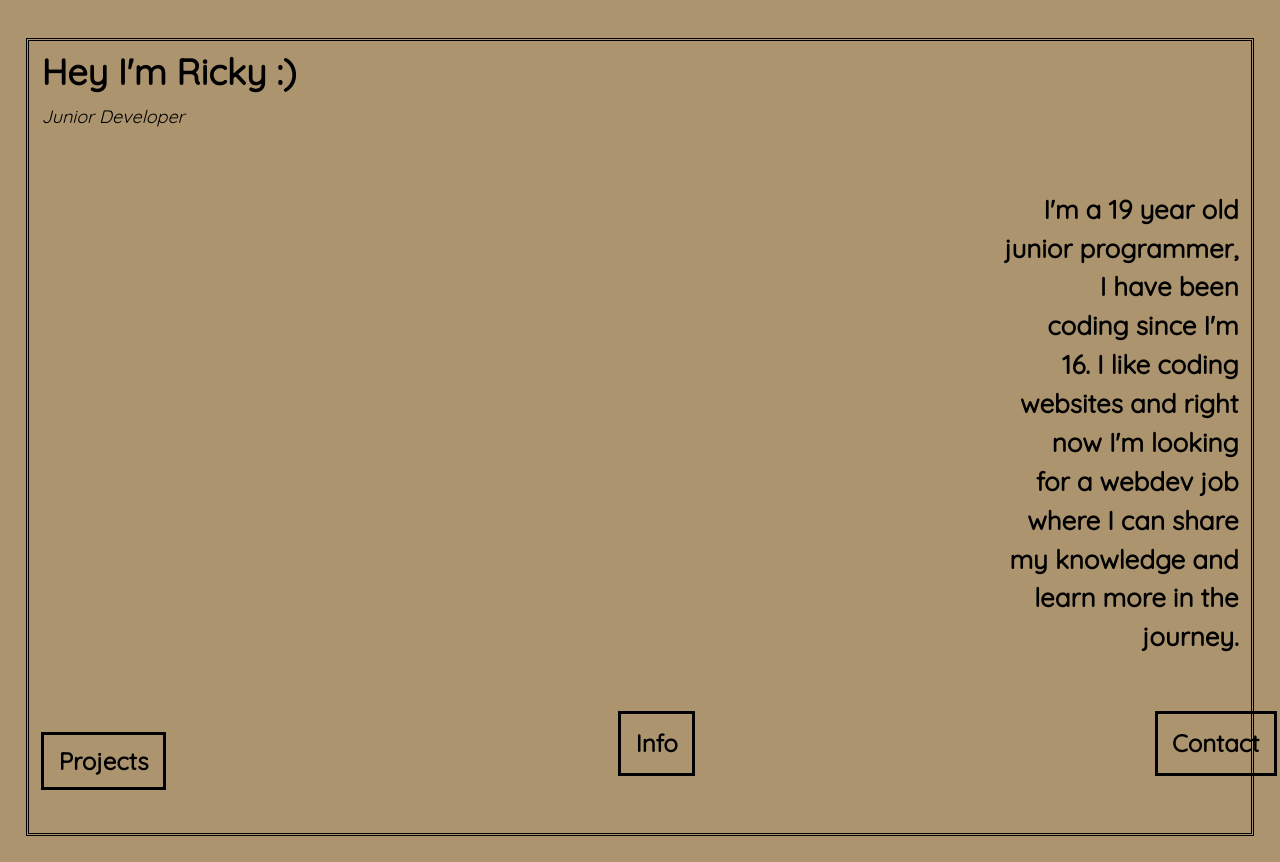
Repository: rickypcyt/ricky-react-portfolio
Page: /
These files come from the project's save history. The page is drawn as it stood at one moment and after a run of saves; the edit follows.
The browser window is 1280 px wide. The pictures show the whole page.
The project was rebuilt for these pictures with package versions that can differ from the ones it lists, and the page was loaded fresh each time. Also part of the build but not shown: src/pages/Info.js, src/pages/Projects.js, src/pages/Contact.js, src/pages/WebMural.js, src/pages/NotesJS.js.

Above is the page before, as saved 2022-09-12 15:08:00.

After the next 3 saves:
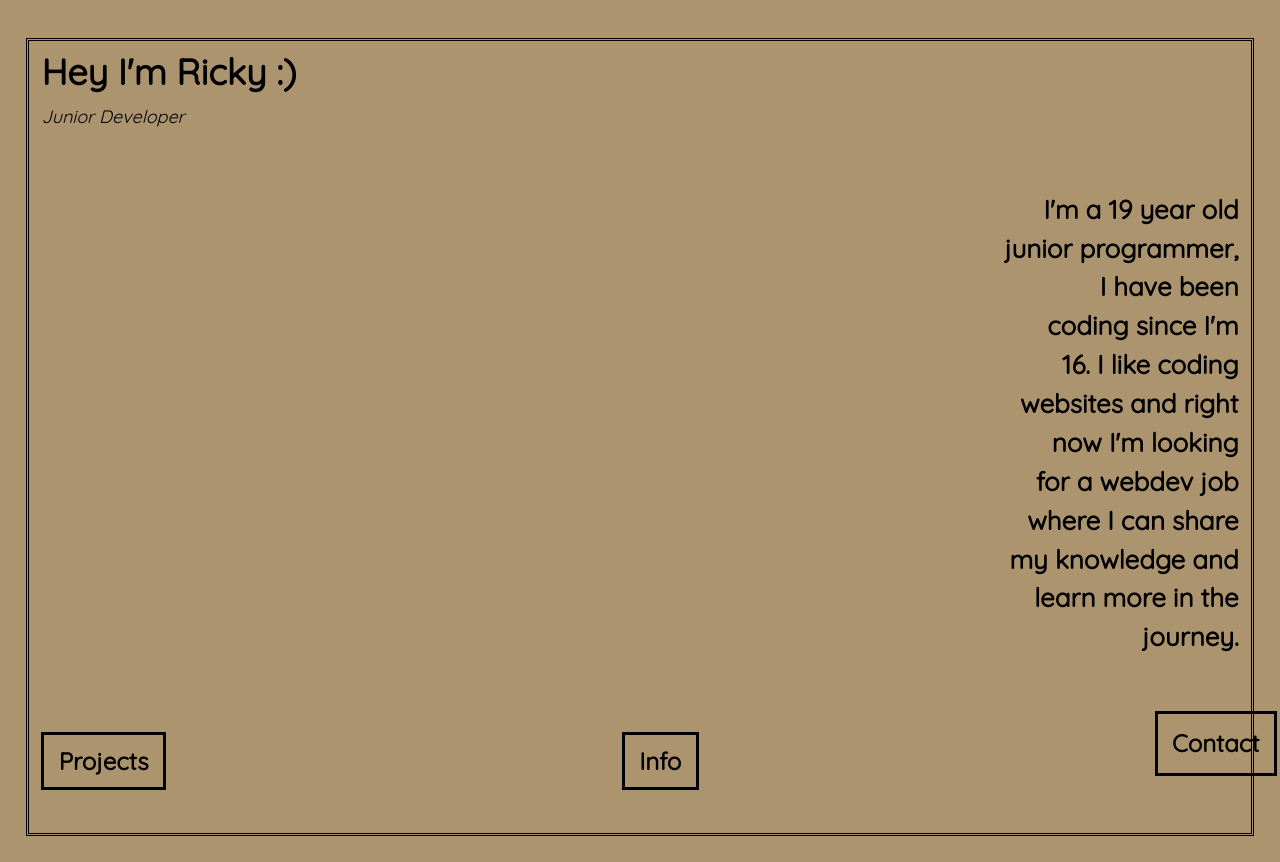
The 3 saves are shown as one change because they came seconds apart.
The last was saved 27 s later.
--- a/src/Content.js
+++ b/src/Content.js
@@ -32,9 +32,9 @@ export default function Content() {
               <div className="oli">
                 <CustomLink to="projects">Projects</CustomLink>
               </div>
-              <CustomLink to="info" className="oli">
-                Info
-              </CustomLink>
+              <div className="oli">
+                <CustomLink to="info">Info</CustomLink>
+              </div>
               <CustomLink to="contact" className="oli">
                 Contact
               </CustomLink>
